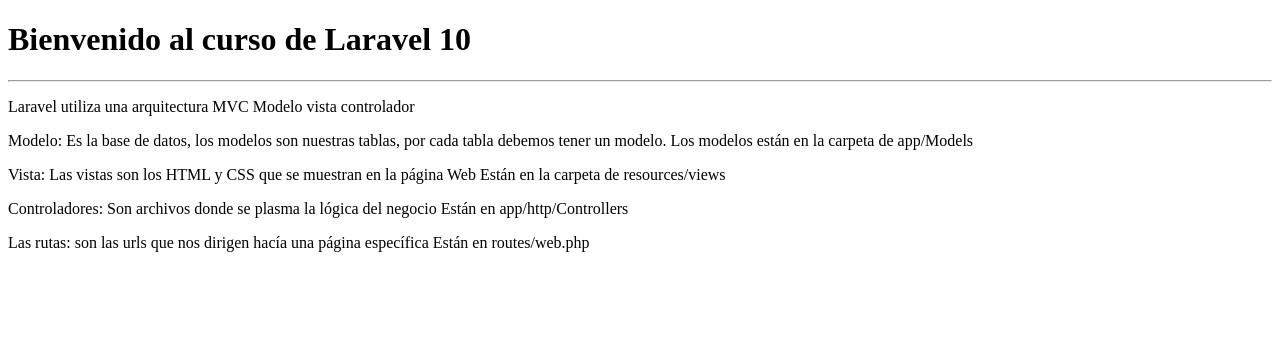
Repository: terrazasjuancarlos/cursoLaravel2-master
Page: http://localhost/bienvenido
The author's editor kept a copy of each file at every save. The page is drawn from the files as they stood at one save, then again after the next save.
The browser window is 1280 px wide. The pictures show the whole page.
The page is served by the project's Laravel application, run on PHP 8.4 with Laravel 10. Other server files are loaded and not shown.

Above is the page before, as saved 2023-10-07 12:27:17.

### routes/web.php
<?php

use App\Http\Controllers\bienvenidoController;
use Illuminate\Support\Facades\Route;
/*
|--------------------------------------------------------------------------
| Web Routes
|--------------------------------------------------------------------------
|
| Here is where you can register web routes for your application. These
| routes are loaded by the RouteServiceProvider and all of them will
| be assigned to the "web" middleware group. Make something great!
|
*/
Route::get('/', function () {
    return view('welcome');
});

route::get('/bienvenido', [bienvenidoController::class, 'bienvenido']);

### app/Http/Controllers/bienvenidoController.php
<?php

namespace App\Http\Controllers;

use Illuminate\Http\Request;

class bienvenidoController extends Controller
{
    public function bienvenido(){
        $nombre = "Luis";
        return view('bienvenido', compact('nombre'));
    }
}

### resources/views/bienvenido.blade.php
<!DOCTYPE html>
<html lang="en">
<head>
    <meta charset="UTF-8">
    <meta name="viewport" content="width=device-width, initial-scale=1.0">
    <meta http-equiv="X-UA-Compatible" content="ie=edge">
    <title>Bienvenido</title>
</head>
<body>
    <h1>Bienvenido al curso de Laravel 10</h1><hr>
    <p>Laravel utiliza una arquitectura MVC Modelo vista controlador</p>

    <p>
        Modelo: Es la base de datos, los modelos son nuestras tablas, por cada tabla
        debemos tener un modelo.
        Los modelos están en la carpeta de app/Models
    </p>
    <p>
        Vista: Las vistas son los HTML y CSS que se muestran en la página Web
        Están en la carpeta de resources/views
    </p>
    <p>
        Controladores: Son archivos donde se plasma la lógica del negocio
        Están en app/http/Controllers
    </p>
    <p>Las rutas: son las urls que nos dirigen hacía una página específica
        Están en routes/web.php
    </p>
</body>
</html>

Loaded but not shown: app/Http/Controllers/Controller.php (common file)

After the next save:
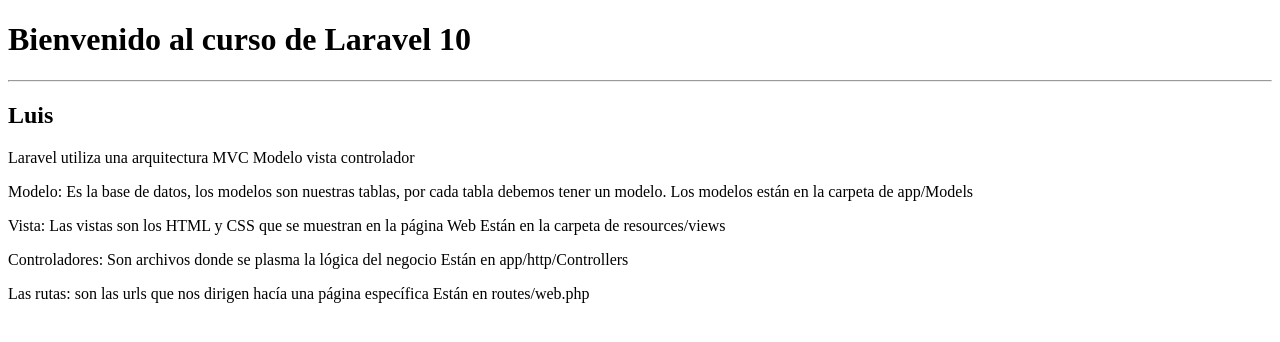
Saved 55 s later.
--- a/resources/views/bienvenido.blade.php
+++ b/resources/views/bienvenido.blade.php
@@ -8,6 +8,7 @@
 </head>
 <body>
     <h1>Bienvenido al curso de Laravel 10</h1><hr>
+    <h2>{{ $nombre }}</h2>
     <p>Laravel utiliza una arquitectura MVC Modelo vista controlador</p>
 
     <p>
